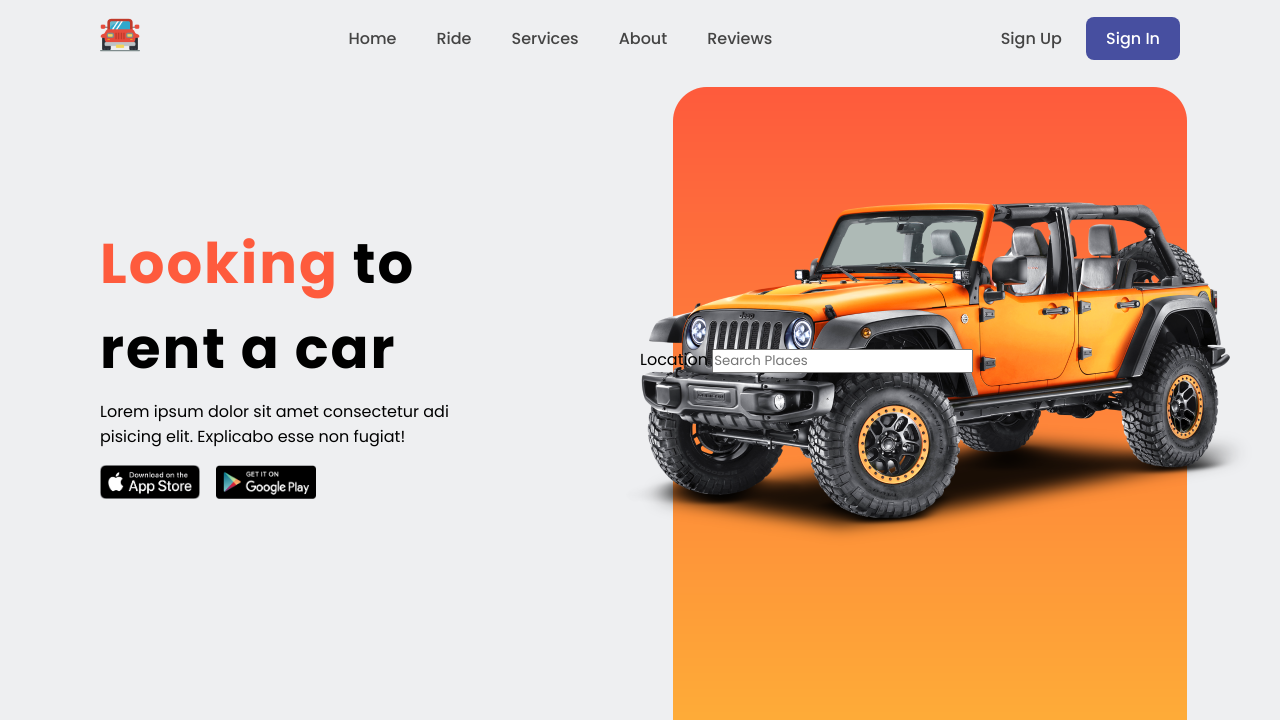
Repository: douglasabnovato/car-rental
Page: index.html
These files come from the project's save history. The page is drawn as it stood at one moment and after the next save; the edit follows.
The browser window is 1280 px wide. The pictures show the whole page.

Above is the page before, as saved 2025-05-16 11:59:07.

### index.html
<!DOCTYPE html>
<html lang="en">
  <head>
    <meta charset="UTF-8" />
    <meta name="viewport" content="width=device-width, initial-scale=1.0" />
    <title>Car Rental</title>
    <link
      rel="stylesheet"
      href="https://cdn.jsdelivr.net/npm/boxicons@latest/css/boxicons.min.css"
    />
    <link rel="stylesheet" href="./style.css" />
  </head>
  <body>
    <!-- Header -->
    <header>
      <a href="#" class="logo"
        ><img src="./assets/jeep.png" alt="logo da car rental" srcset=""
      /></a>
      <div class="bx bx-menu" id="menu-icon"></div>
      <ul class="navbar">
        <li><a href="#home">Home</a></li>
        <li><a href="#ride">Ride</a></li>
        <li><a href="#services">Services</a></li>
        <li><a href="#about">About</a></li>
        <li><a href="#reviews">Reviews</a></li>
      </ul>
      <div class="header-btn">
        <a href="#" class="sign-up">Sign Up</a>
        <a href="#" class="sign-in">Sign In</a>
      </div>
    </header>

    <!-- Home -->
    <section class="home" id="home">
      <div class="text">
        <h1>
          <span>Looking</span> to <br />
          rent a car
        </h1>
        <p>
          Lorem ipsum dolor sit amet consectetur adi <br />
          pisicing elit. Explicabo esse non fugiat!
        </p>
        <div class="app-stores">
          <img src="./assets/ios.png" alt="" />
          <img src="./assets/play.png" alt="" />
        </div>
      </div>
      <div class="form-container">
        <form action="">
          <div class="input-box">
            <span>Location</span>
            <input type="search" name="" id="" placeholder="Search Places">
          </div>
        </form>
      </div>
    </section>

    <!-- Link to JS -->
    <script src="./script.js"></script>
  </body>
</html>

### style.css
@import url("https://fonts.googleapis.com/css2?family=Noto+Sans:ital,wght@0,100..900;1,100..900&family=Poppins:ital,wght@0,100;0,200;0,300;0,400;0,500;0,600;0,700;0,800;0,900;1,100;1,200;1,300;1,400;1,500;1,600;1,700;1,800;1,900&display=swap");

* {
  margin: 0;
  padding: 0;
  box-sizing: border-box;
  scroll-padding-top: 2rem;
  scroll-behavior: smooth;
  list-style: none;
  text-decoration: none;
  font-family: "Poppins", sans-serif;
}

:root {
  --main-color: #fe5b3d;
  --second-color: #ffac38;
  --text-color: #444;
  --gradient: linear-gradient(#fe5b3d, #ffac38);
}

html::-webkit-scrollbar {
  width: 0.5rem;
}

html::-webkit-scrollbar-track {
  background: transparent;
}

html::-webkit-scrollbar-thumb {
  background: var(--main-color);
  border-radius: 5rem;
}

section {
  padding: 50px 100px;
}

/* Header */

header {
  position: fixed;
  width: 100%;
  top: 0;
  right: 0;
  z-index: 1000;
  display: flex;
  align-items: center;
  justify-content: space-between;
  background: #eeeff1;
  padding: 15px 100px;
}

.logo img {
  width: 40px;
}

.navbar {
  display: flex;
}

.navbar li {
  position: relative;
}

.navbar a {
  font-size: 1rem;
  padding: 10px 20px;
  color: var(--text-color);
  font-weight: 500;
}

.navbar a:after {
  content: "";
  width: 0;
  height: 3px;
  background: var(--gradient);
  position: absolute;
  bottom: -4px;
  left: 0;
  transition: 0.5s;
}

.navbar a:hover::after {
  width: 100%;
}

#menu-icon {
  font-size: 24px;
  cursor: pointer;
  z-index: 10001;
  display: none;
}

.header-btn a {
  padding: 10px 20px;
  color: var(--text-color);
  font-weight: 500;
}

.header-btn .sign-in {
  background: #474fa0;
  color: #fff;
  border-radius: 0.5rem;
}

.header-btn .sign-in:hover {
  background: var(--main-color);
}

/* Home */
.home {
  width: 100%;
  min-height: 100vh;
  position: relative;
  background: url(./assets/Car\ Website\ –\ 1@2x.png);
  background-repeat: no-repeat;
  background-position: center right;
  background-size: cover;
  display: grid;
  align-items: center;
  grid-template-columns: repeat(2, 1fr);
}

.text h1 {
  font-size: 3.5rem;
  letter-spacing: 2px;
}

.text span {
  color: var(--main-color);
}

.text p {
  margin: 0.5rem 0 1rem;
}

.app-stores {
    display: flex;
}

.app-stores img {
    width: 100px;
    margin-right: 1rem;
    cursor: pointer;
}

Loaded but not shown: script.js (no stored copy; drawn as an empty file)

After the next save:
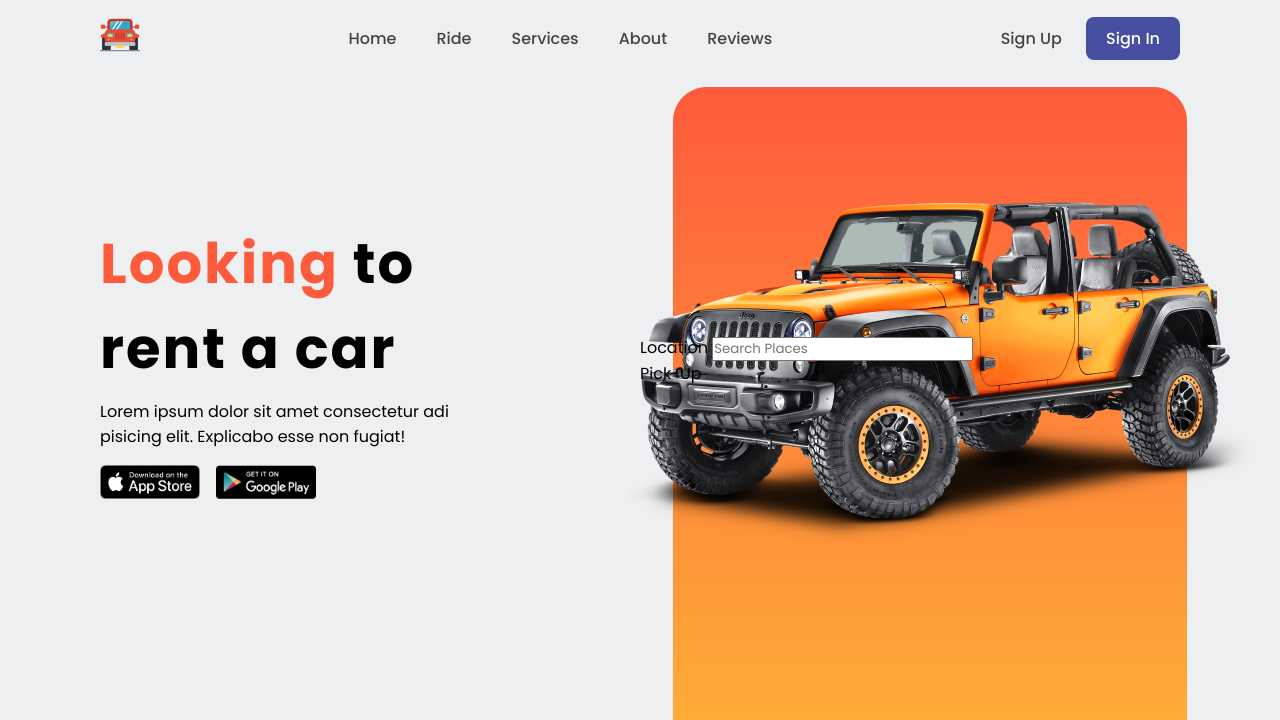
Saved 49 s later.
--- a/index.html
+++ b/index.html
@@ -52,6 +52,9 @@
             <span>Location</span>
             <input type="search" name="" id="" placeholder="Search Places">
           </div>
+          <div class="input-box">
+            <span>Pick-Up</span>
+          </div>
         </form>
       </div>
     </section>
